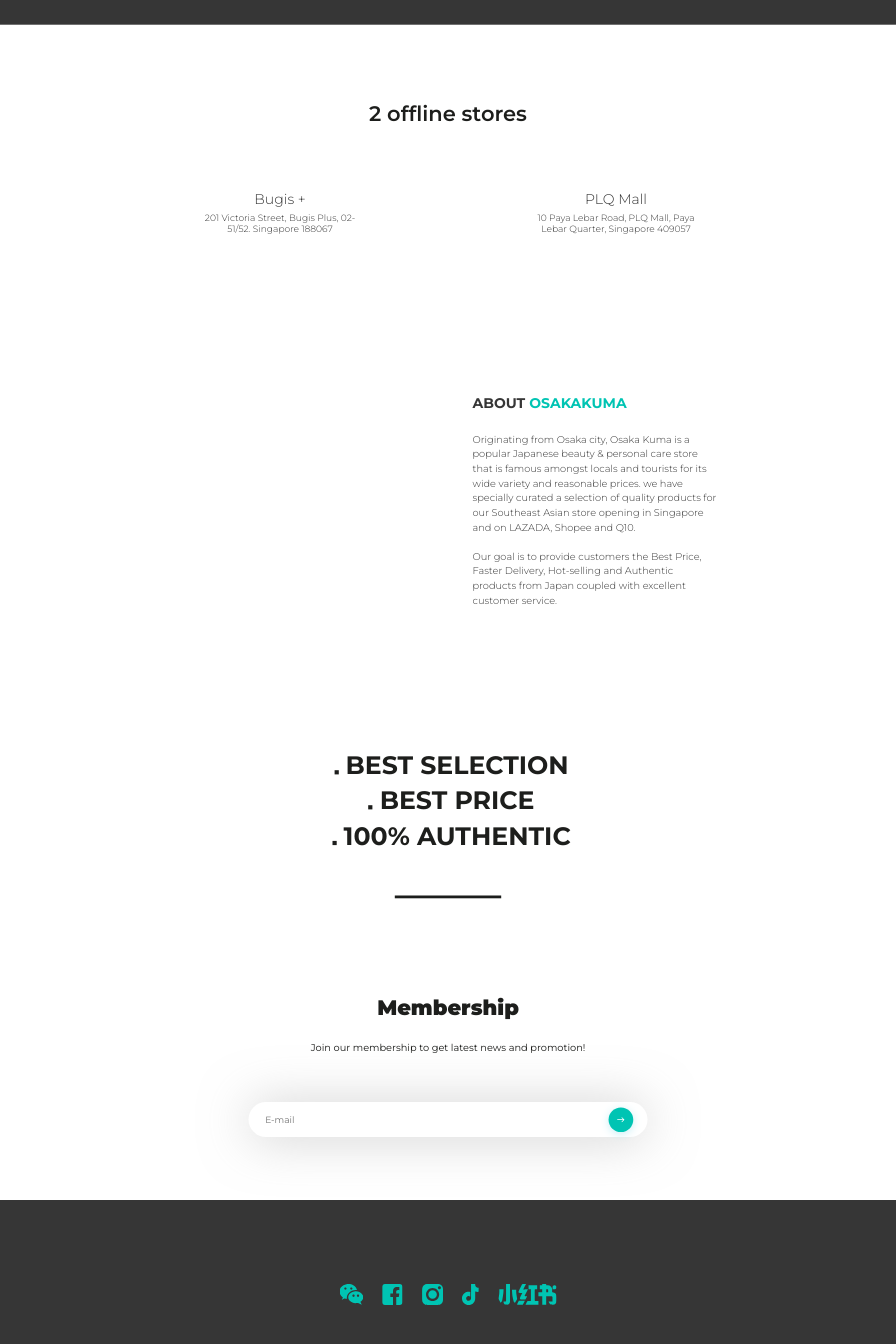
Repository: wendylw/osakakuma-landing
Page: index.html
These files come from the project's save history. The page is drawn as it stood at one moment and after the next save; the edit follows.
The browser window is 1280 px wide. The pictures show the part of the page from y = 1555 to 3475 px (the page is 3915 px tall before and 4165 px after), at 70% of full size.
The style sheet was rebuilt from its Sass, Less or Tailwind sources for each picture, by a compiler version that may differ from the author's.

Above is the page before, as saved 2021-03-04 22:15:08.

After the next save:
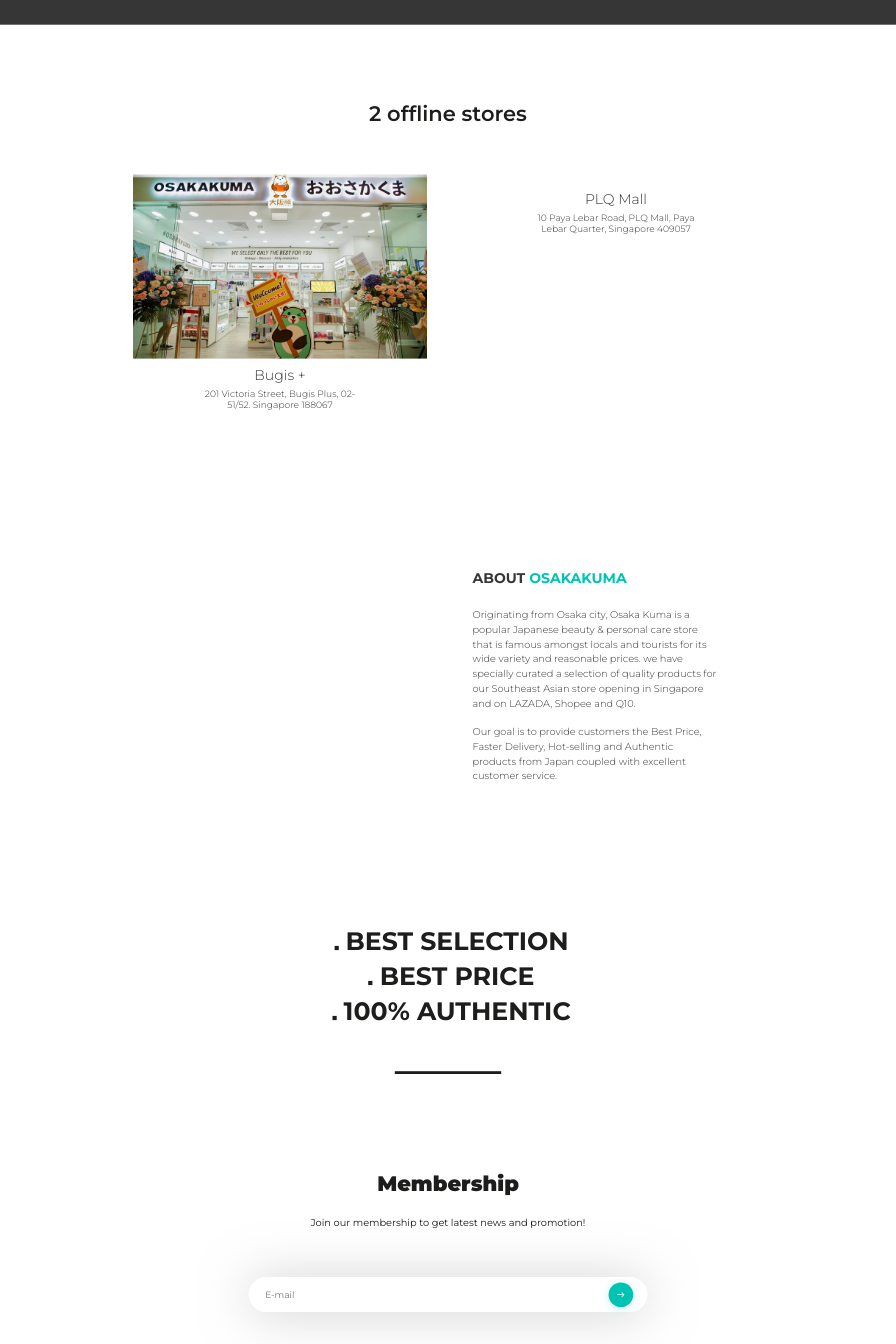
Saved 8 min 32 s later.
--- a/index.html
+++ b/index.html
@@ -131,7 +131,7 @@
         <h2 class="offline-stores__title">2 offline stores</h2>
         <ul class="offline-stores__list row">
           <li class="offline-stores__column col-6">
-            <img src="" alt="">
+            <img src="./img/offline-store-1.jpg" alt="">
             <div>
               <h4 class="offline-stores__item-title">Bugis +</h4>
               <address class="offline-stores__address">201 Victoria Street, Bugis Plus, 02-51/52. Singapore 188067</address>
